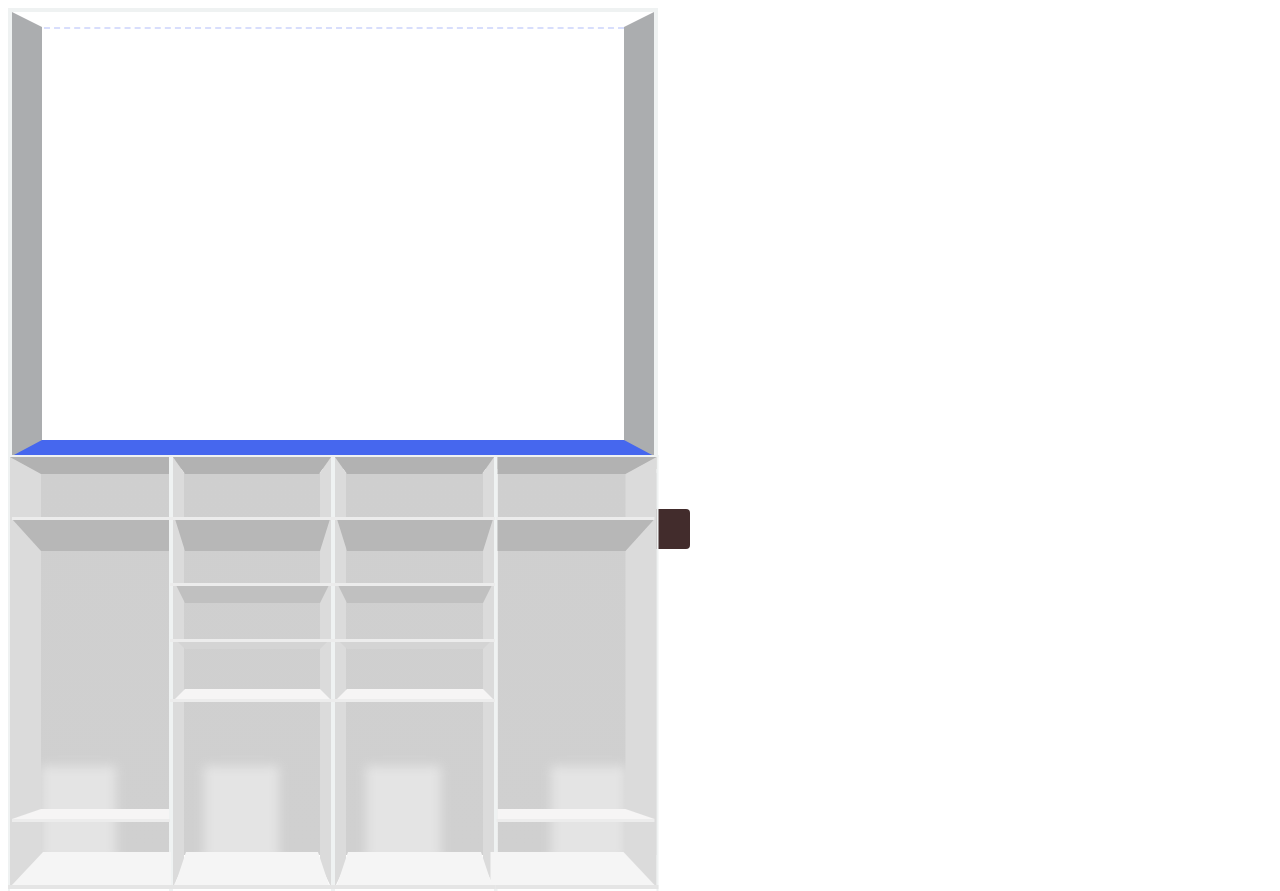
Repository: OlgaMatosova/wardrop
Page: modul.html
These files come from the project's save history. The page is drawn as it stood at one moment and after the next save; the edit follows.
The browser window is 1280 px wide. The pictures show the whole page.

Above is the page before, as saved 2020-06-07 12:37:17.

After the next save:
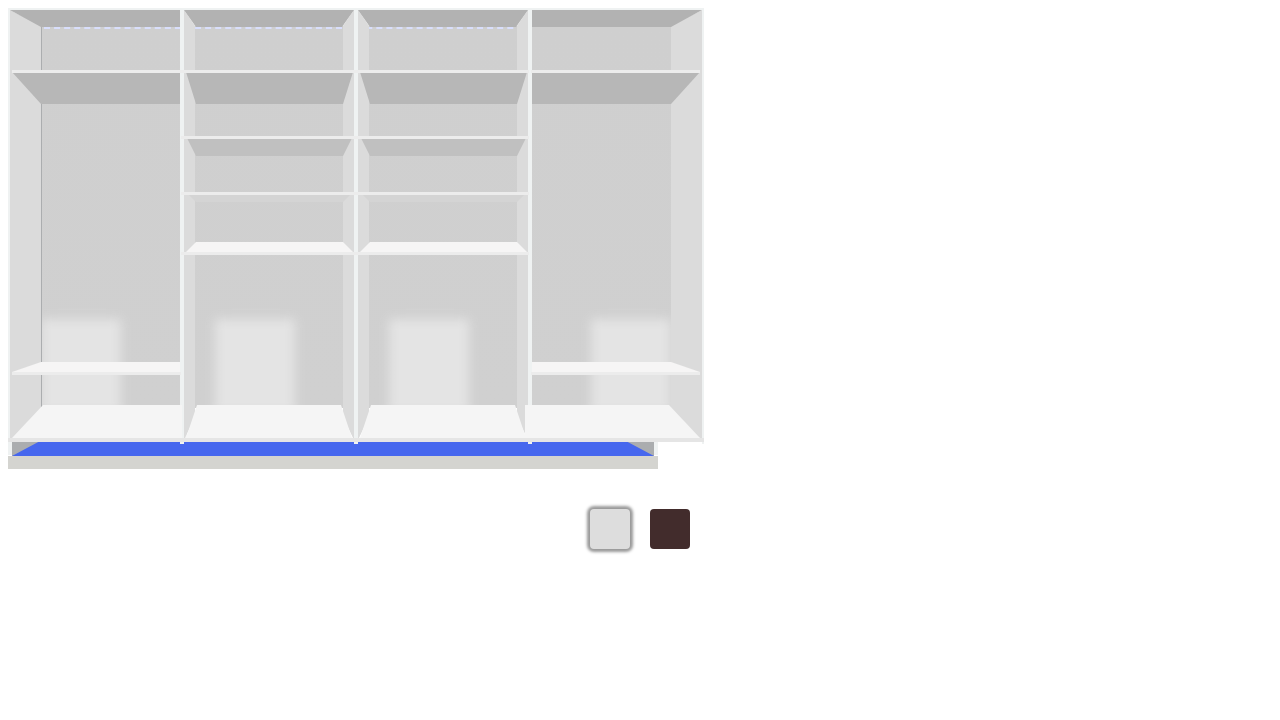
Saved 32 s later.
--- a/modul.html
+++ b/modul.html
@@ -378,6 +378,12 @@
     }
     .brawn .shelve4 {
         border-bottom-color: rgba(66, 49, 49, 0.651);
+    }
+
+    #furniture {
+        position: absolute;
+        top: 0;
+        left: 0;
     }
 </style>
 
